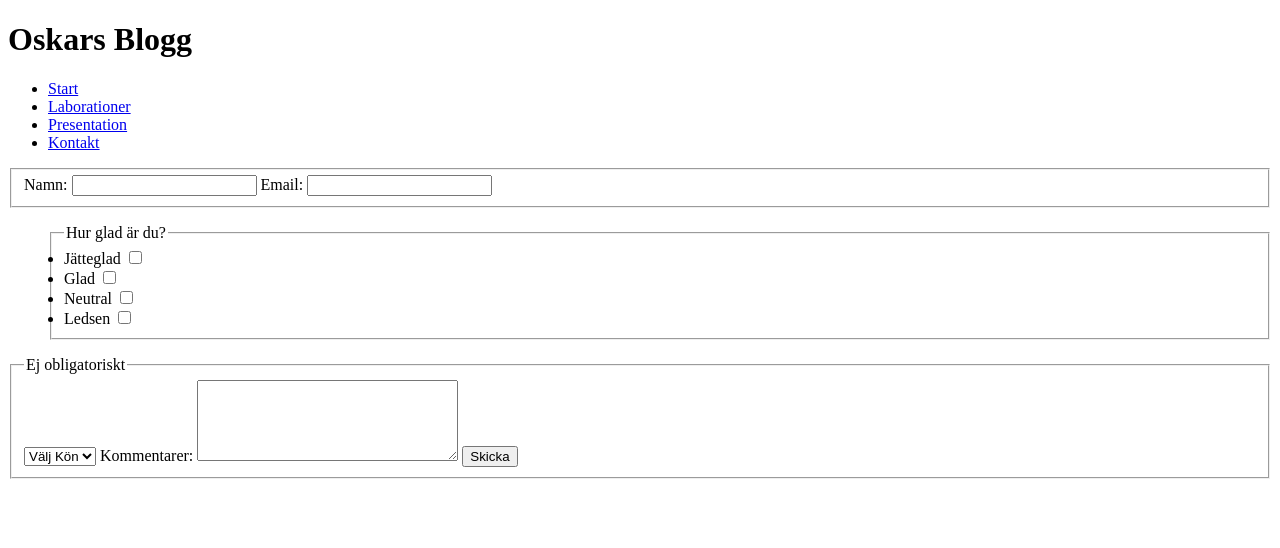
Repository: oe222bu/1ik415-laborationer
Page: Pages/kontakt.html
The author's editor kept a record of every edit. The page is drawn from the files as they stood at one moment, then again after the next edit.
The browser window is 1280 px wide. The pictures show the whole page.

Above is the page before.

After the next edit:
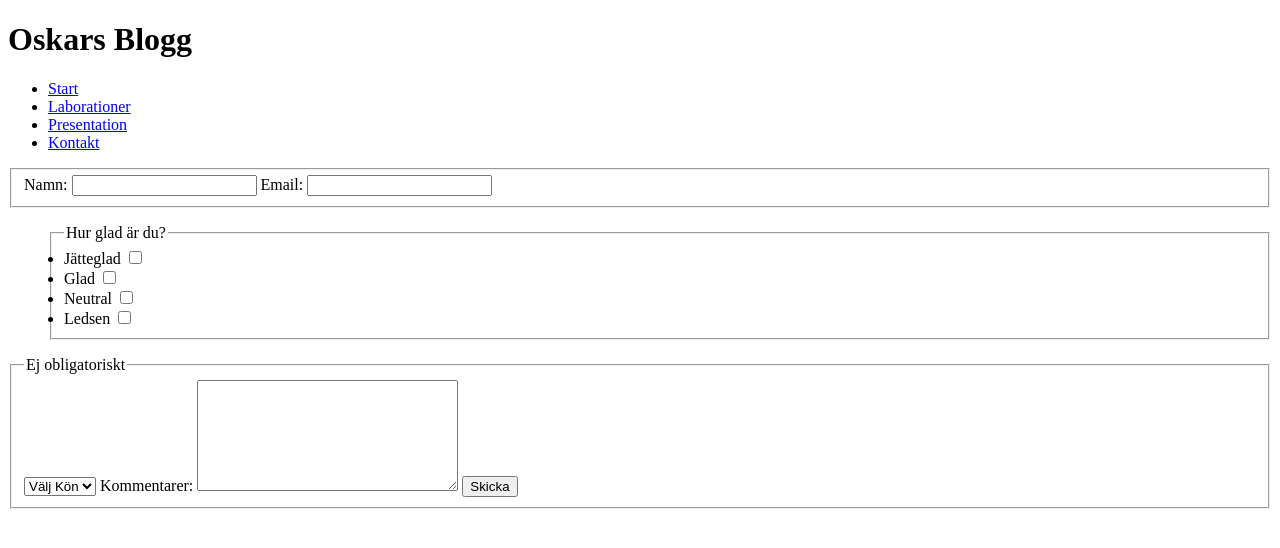
The edit:
--- a/Pages/kontakt.html
+++ b/Pages/kontakt.html
@@ -38,7 +38,7 @@
           <option value="Man">Man</option>
           <option value="Kvinna">Kvinna</option>
           </select>
-          Kommentarer: <textarea name="comments" id="comments" cols="30" rows="5"></textarea>
+          Kommentarer: <textarea name="comments" id="comments" cols="30" rows="7"></textarea>
 
            <input type="submit" value="Skicka"/>
            </fieldset>
